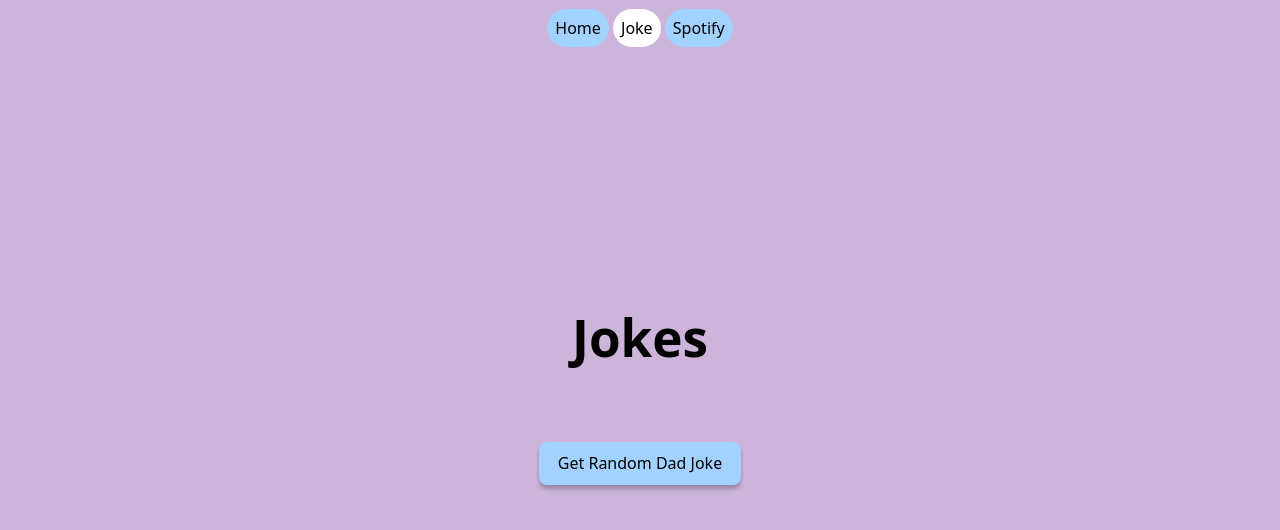
Repository: rosieomusic/spotify-react
Page: /joke
An editor plug-in stored every save of this project. The page is shown before and after the next save, followed by the edit.
The browser window is 1280 px wide. The pictures show the whole page.
The page's requests for data from a server got no answer. The project was rebuilt for these pictures with package versions that can differ from the ones it lists, and the page was loaded fresh each time. No one was signed in, and anything a server would have sent is missing. Also part of the build but not shown: vite.config.js, src/pages/HomePage.jsx, src/services/SpotifyService.js, src/components/AlbumComponent.jsx, src/pages/SpotifyPage.jsx.

Above is the page before, as saved 2025-05-09 20:24:50.

After the next save:
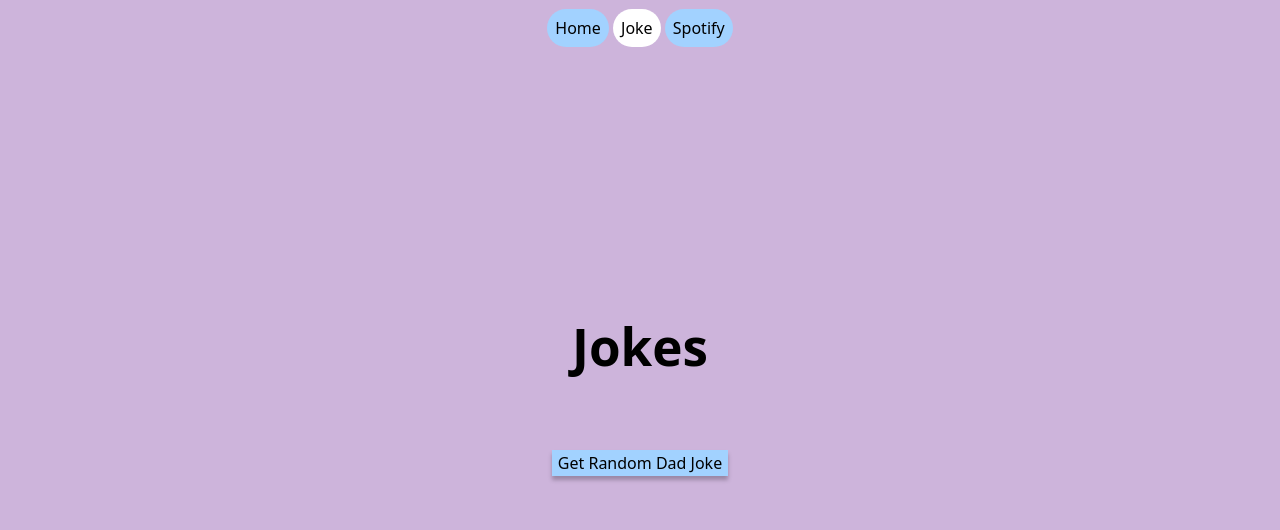
Saved 94 s later.
--- a/src/index.css
+++ b/src/index.css
@@ -19,14 +19,3 @@
 	font-size: 3.2em;
 	line-height: 1.1;
 }
-
-button {
-	border-radius: 8px;
-	border: 1px solid black;
-	padding: 0.6em 1.2em;
-	font-size: 1em;
-	font-weight: 500;
-	font-family: inherit;
-	background-color: white;
-	cursor: pointer;
-}
